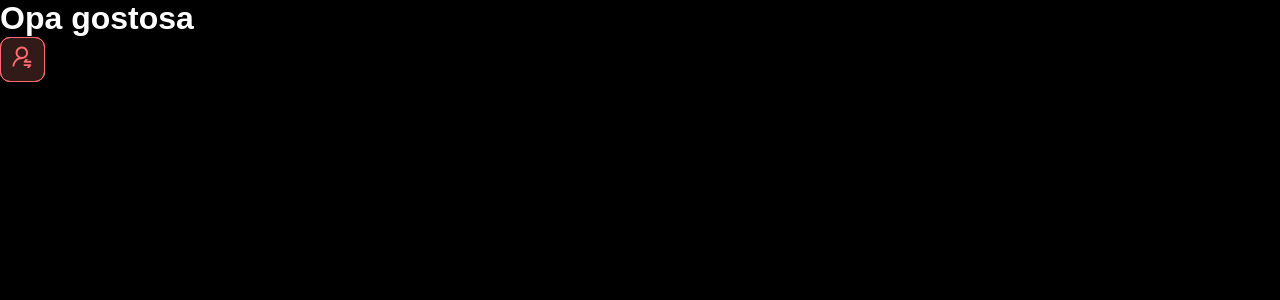
Repository: MatheusAlvesPereiraRosa/ds-meta
Page: / (app in frontend/)
An editor plug-in stored every save of this project. The page is shown before and after the next save, followed by the edit.
The browser window is 1280 px wide. The pictures show the whole page.
The project was rebuilt for these pictures with package versions that can differ from the ones it lists, and the page was loaded fresh each time. Also part of the build but not shown: frontend/vite.config.ts.

Above is the page before, as saved 2022-09-08 17:34:59.

### frontend/src/App.tsx
import NotificationButton from "./components/NotificationButton"


function App() {
  return (
    <>
      <h1>Opa gostosa</h1>
      <NotificationButton />
    </>
  )
}

export default App

### frontend/src/index.css
@import url('https://fonts.googleapis.com/css2?family=Roboto:wght@300&display=swap');

* {
    font-family: 'Rotobto', sans-serif;
    box-sizing: border-box;
    margin: 0;
    padding: 0;
}

header {
    background: linear-gradient(180deg, #102347 0%, transparent);
    height: 220px;
    display: flex;
    align-items: center;
    justify-content: center;
}

body, html {
    background-color: black;
    color: #fff;
}

a, a:hover, a:visited {
    color: unset;
    text-decoration: none;
}

.dsmeta-logo-container {
    display: flex;
    flex-direction: column;
    align-items: center;
}

.dsmeta-logo-container img{
    width: 235px;
}

.dsmeta-logo-container h1{
    margin-top: 15px;
}

.dsmeta-logo-container p{
    font-size: 14px;
    font-weight: 300;
}

.dsmeta-card {
    background-color: #283142;
    border-radius: 10px;
    padding: 30px 10px;
}

.dsmeta-container {
    width: 100%;
    max-width: 900px;
    margin: 0 auto;
}

#id {
    padding: 40px 10px;
}

.dsmeta-sales-title {
    color: #676FFF;
    font-size: 24px;
    margin-bottom: 20px;
}

.dsmeta-form-control {
    height: 36px;
    background-color: #1B2531;
    width: 100%;
    max-width: 300px;
    border-radius: 5px;
    border-color: #384459;
    color: #9AAABE;
    padding: 19px 20px;
    font-size: 18px;
}

.dsmeta-sales-table {
    width: 100%;
    border-spacing: 0;
    border-collapse: collapse;
}

.dsmeta-sales-table thead{
    height: 50px;
    font-size: 16px;
    color: #E9E9E9;
    font-weight: 600;
}

.dsmeta-sales-table tbody{
    font-weight: 400;
    font-size: 14px;
    color: #CFCFCF;
    text-align: center;
}

.dsmeta-sales-table tbody tr {
    height: 74px;
    border-top: 1px solid #5F6E82;
}

.dsmeta-sales-table tbody tr:nth-child(odd) {
    background-color: #242C3B;
}

.dsmeta-sales-table tbody tr:hover > td {
    background-color: #384459;
}

.dsmeta-red-btn-container {
    display: flex;
    justify-content: center;
}

.show992 {
    display: none;
}

.show576 {
    display: none;
}

@media (min-width: 996px) {
    .show992 {
        display: table-cell;
    }

    .dsmeta-card {
        padding: 35px;
    }
}

@media (min-width: 576px) {
    .show576 {
        display: table-cell;
    }

    .dsmeta-sales-table tbody tr {
        height: 55px;
    }

    .dsmeta-sales-table tbody{
        font-size: 18px;
    }
}

.dsmeta-red-btn {
    height: 45px;
    width: 45px;
    background-color: rgba(255, 167, 114, 0.1);
    border: 1px solid #ff6b72;
    border-radius: 10px;
    display: flex;
    align-items: center;
    justify-content: center;
    cursor: pointer;
}

.dsmeta-form-control-container {
    margin-bottom: 20px;
}

### frontend/src/components/NotificationButton/index.tsx
import icon from '../../assets/icon.svg'

function NotificationButton () {
    return (
        <div className="dsmeta-red-btn">
            <img src={icon} alt="Notificar" />
        </div>
    )
}

export default NotificationButton

Loaded but not shown: frontend/index.html (common file); frontend/src/main.tsx (common file)

After the next save:
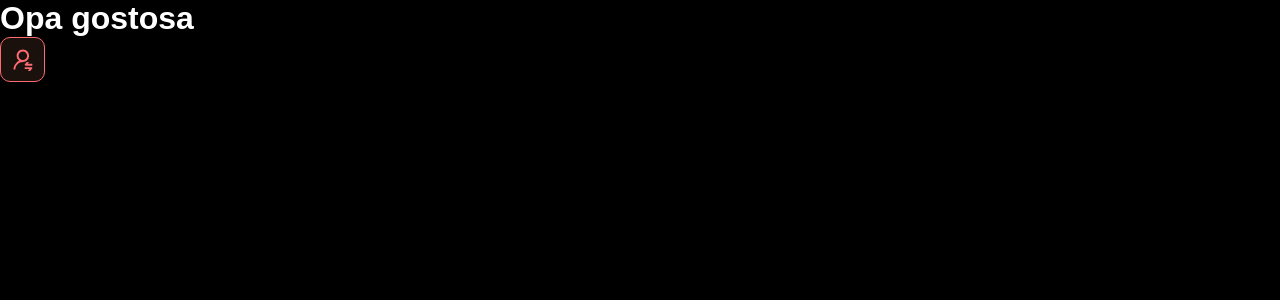
Saved 13 s later.
--- a/frontend/src/components/NotificationButton/index.tsx
+++ b/frontend/src/components/NotificationButton/index.tsx
@@ -1,4 +1,4 @@
-import icon from '../../assets/icon.svg'
+import icon from '../../assets/icone.svg'
 
 function NotificationButton () {
     return (
